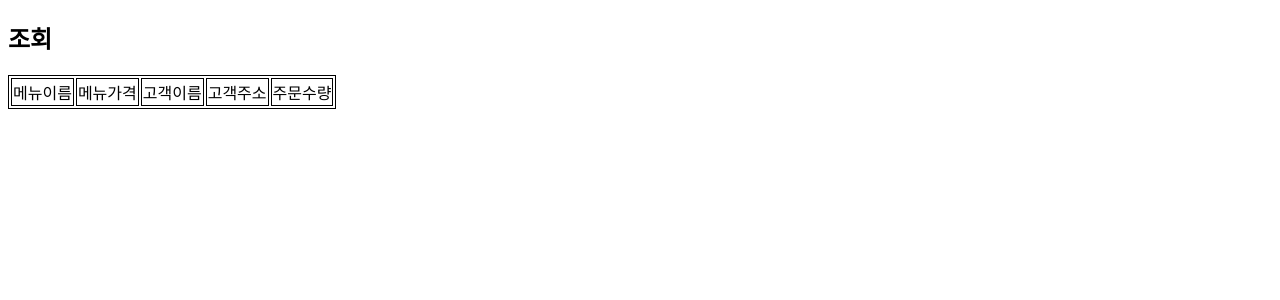
Repository: mvcfvsgdj/javaee
Page: http://localhost/prj0830_mg/Mcdonalds_list.jsp
These files come from the project's save history. The page is drawn as it stood at one moment and after the next save; the edit follows.
The browser window is 1280 px wide. The pictures show the whole page.
The page is served by Tomcat 9. Queries for data that is not in the repository find no rows.

Above is the page before, as saved 2023-08-29 06:20:27.

### prj0830_mg/src/main/webapp/Mcdonalds_list.jsp
<%@ page language="java" contentType="text/html; charset=UTF-8"
	pageEncoding="UTF-8"%>
<%@  page import="java.sql.*"%>
<!DOCTYPE html>
<html>
<head>
<meta charset="UTF-8">
<link href="./css/Mcdonalds.css" rel="stylesheet" />
<title>Insert title here</title>

</head>

<body>


	<table><h2>조회</h2>
		<tr>
			<td>메뉴이름</td>
			<td>메뉴가격</td>
			<td>고객이름</td>
			<td>고객주소</td>
			<td>주문수량</td>
		</tr>


		<%
		Connection con = null;
		Statement st = null;
		ResultSet rs = null;
		try {
			String driver = "oracle.jdbc.driver.OracleDriver";
			String url = "jdbc:oracle:thin:@localhost:1521:xe";
			String user = "scott";
			String password = "tiger";

			//1. 오라클드라이버 로딩
			Class.forName(driver);

			//2. 데이터베이스 연결
			con = DriverManager.getConnection(url, user, password);

			//3. statement 얻어오기
			st = con.createStatement();

			//4. 필요한 sql 작성
			String sql = "select m.MENU_SET ,"
					+ " TO_CHAR(m.MENU_PRICE, '999,999')||'원' AS 메뉴가격, "
					+ " c.CUST_NAME as 고객이름, "
					+ " c.CUST_ADRESS AS 고객주소, "
					+ " o.ORDER_SALE_CNT AS 주문수량 "
					+ " from mc_order o "
					+ " join MC_CUSTOMER c on o.ORDER_C_CODE = c.CUST_CODE "
					+ " join MC_MENU m on o.ORDER_M_CODE=m.MENU_CODE "
					+ " JOIN MC_STORE_LOC s on o.ORDER_S_CODE= s.STORE_CODE ";

			//5. 최종적으로 실행
			rs = st.executeQuery(sql);

			//6. 가져온 쿼리 결과를 화면에 출력하기
			while (rs.next()) {
		%>

		<tr>
			<td><%=rs.getString(1)%></td>
			<td><%=rs.getString(2)%></td>
			<td><%=rs.getString(3)%></td>
			<td><%=rs.getString(4)%></td>
			<td><%=rs.getString(5)%></td>
					</tr>

		<%
		}
		} catch (Exception e) {
		e.printStackTrace();
		} finally { //자원의 반납
		if (rs != null)
		rs.close();
		if (st != null)
		st.close();
		if (con != null)
		con.close();
		}
		%>
	</table>

</body>
</html>

### prj0830_mg/src/main/webapp/css/Mcdonalds.css
@charset "UTF-8";

table{
	border: 1px solid black;
	text-align: center;
}
tr{
	border: 1px solid black;


}
td{
	border: 1px solid black;

}

After the next save:
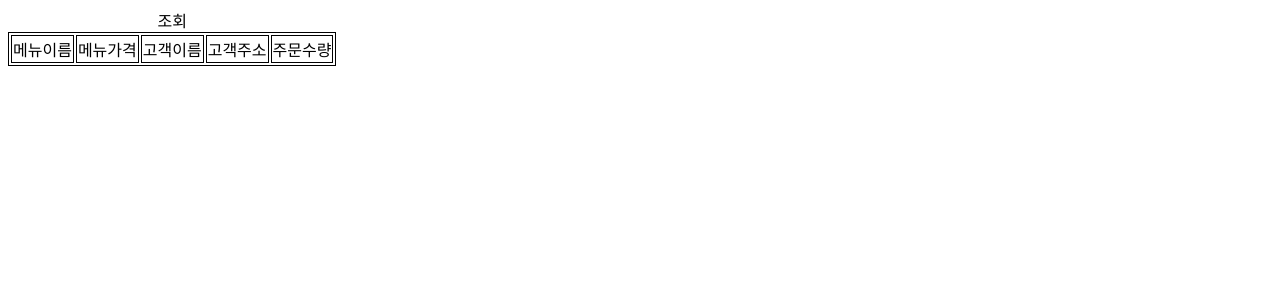
Saved 40 s later.
--- a/prj0830_mg/src/main/webapp/Mcdonalds_list.jsp
+++ b/prj0830_mg/src/main/webapp/Mcdonalds_list.jsp
@@ -13,7 +13,7 @@
 <body>
 
 
-	<table><h2>조회</h2>
+	<table><caption>조회</caption>
 		<tr>
 			<td>메뉴이름</td>
 			<td>메뉴가격</td>
